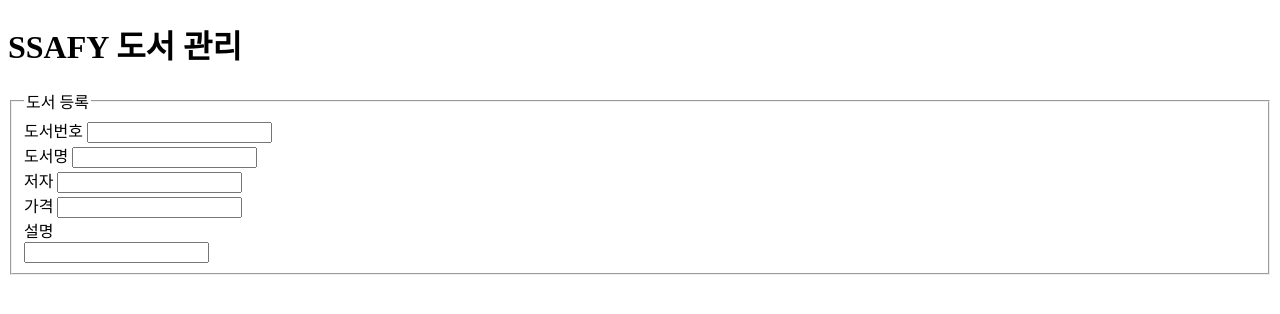
Repository: nkj0901/Personal-Repository
Page: SSAFY/서블릿/back_db_ws_01_3/WebContent/regist.html
The author's editor kept a copy of each file at every save. The page is drawn from the files as they stood at one save, then again after the next save.
The browser window is 1280 px wide. The pictures show the whole page.

Above is the page before, as saved 2022-09-01 07:23:54.

### SSAFY/서블릿/back_db_ws_01_3/WebContent/regist.html
<!DOCTYPE html>
<html>
<head>
<meta charset="UTF-8">
<title>SSAFY 도서 관리</title>
</head>
<body>
	<h1>SSAFY 도서 관리</h1>

	<fieldset>
	<legend>도서 등록</legend>
	<label>도서번호</label>
	<input type = "text" name = "isbn"> <br>
	<label>도서명</label>
	<input type = "text" name = "title"> <br>
	<label>저자</label>
	<input type = "text" name = "author"> <br>
	<label>가격</label>
	<input type = "text" name = "price"> <br>
	<label>설명</label> <br>
	<input sytle="width:700px" type = "text" name = "desc" > <br>
	</fieldset>


</body>
</html>

After the next save:
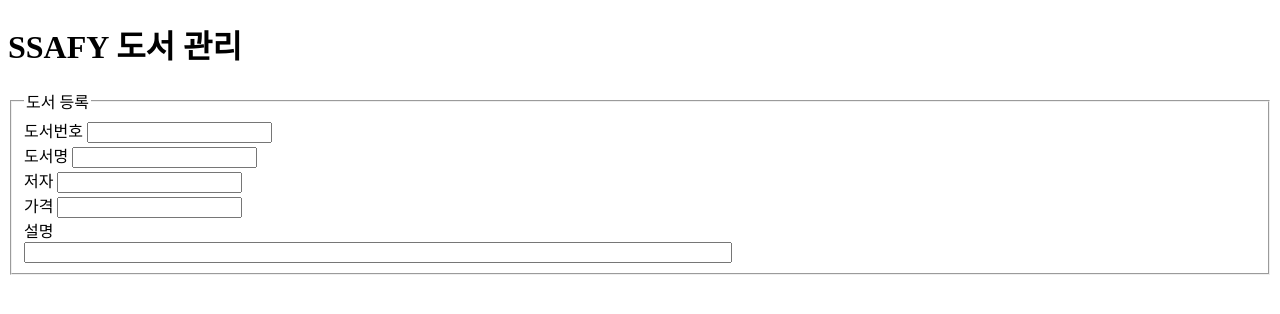
Saved 28 s later.
--- a/SSAFY/서블릿/back_db_ws_01_3/WebContent/regist.html
+++ b/SSAFY/서블릿/back_db_ws_01_3/WebContent/regist.html
@@ -18,7 +18,7 @@
 	<label>가격</label>
 	<input type = "text" name = "price"> <br>
 	<label>설명</label> <br>
-	<input sytle="width:700px" type = "text" name = "desc" > <br>
+	<input style="width:700px" type = "text" name = "desc" > <br>
 	</fieldset>
 
 
